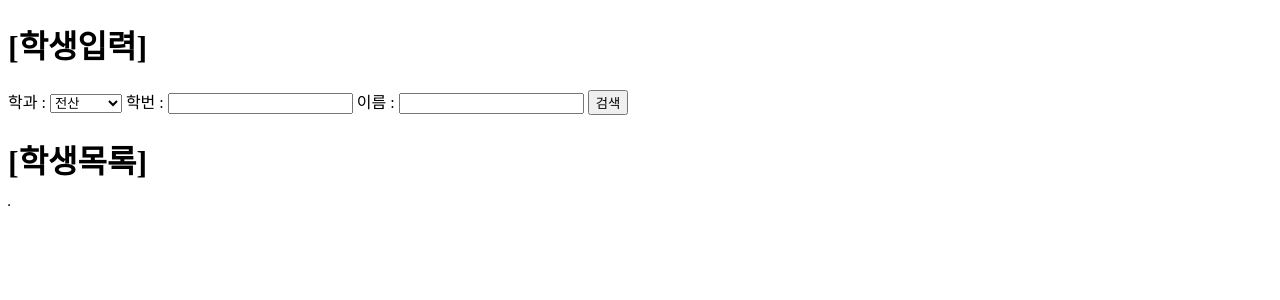
Repository: whwlsghkstm/html
Page: Ex0508/WebContent/slist.html
The author's editor kept a copy of each file at every save. The page is drawn from the files as they stood at one save, then again after the next save.
The browser window is 1280 px wide. The pictures show the whole page.
Some web libraries are served in a nearby version.

Above is the page before, as saved 2020-05-08 02:37:15.

After the next save:
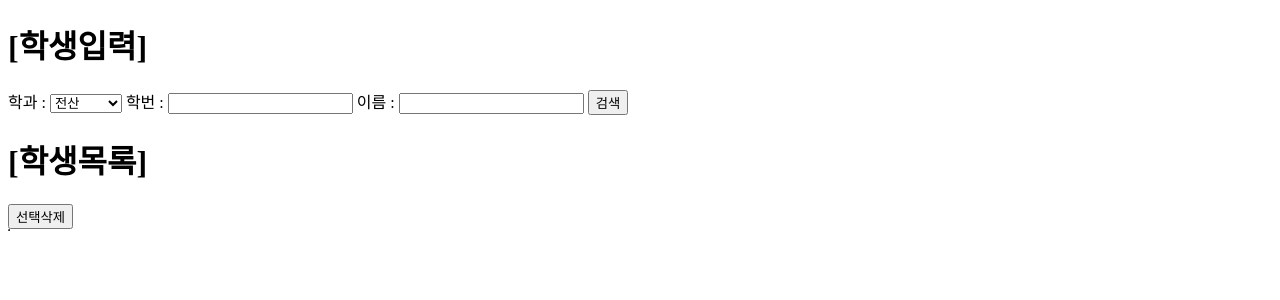
Saved 35 s later.
--- a/Ex0508/WebContent/slist.html
+++ b/Ex0508/WebContent/slist.html
@@ -21,6 +21,7 @@
 	</div>
 
 	<h1>[학생목록]</h1>
+	<input type="button" id="btnDelete" value="선택삭제">
 	<table id="tab" border=1></table>
 	<script id="temp" type="text/x-handlebars-template">
 			<tr class="title">
